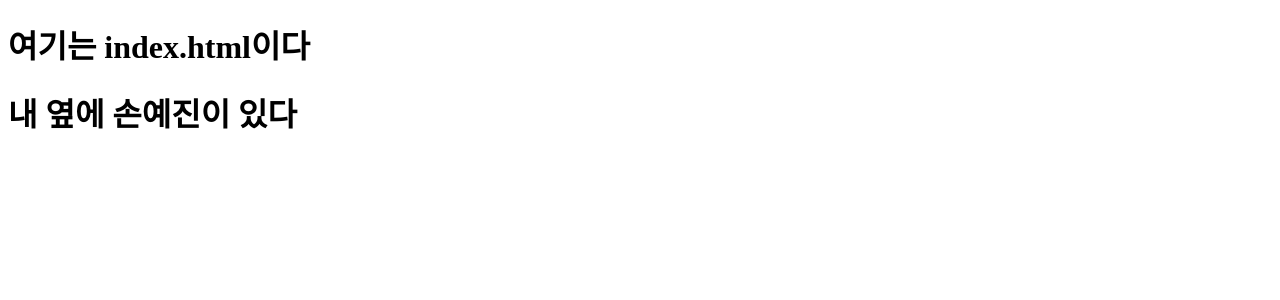
Repository: Yuram-Park/acorn_study
Page: ServletTest3/src/main/webapp/index.html
These files come from the project's save history. The page is drawn as it stood at one moment and after the next save; the edit follows.
The browser window is 1280 px wide. The pictures show the whole page.

Above is the page before, as saved 2023-09-14 03:09:04.

After the next save:
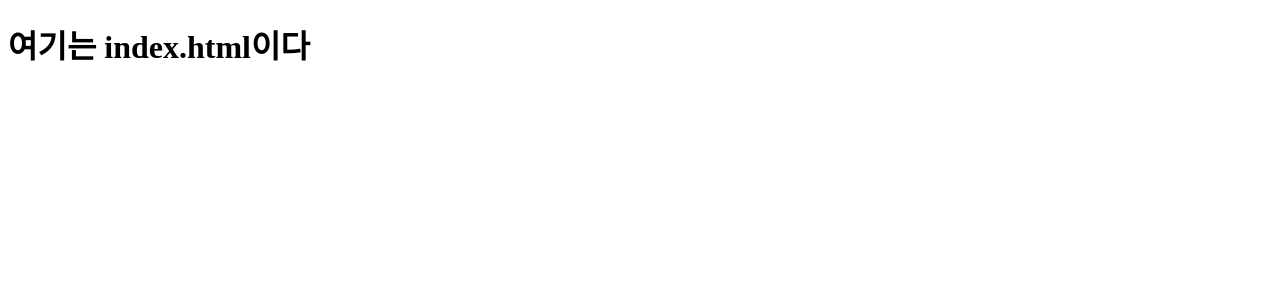
Saved 6 s later.
--- a/ServletTest3/src/main/webapp/index.html
+++ b/ServletTest3/src/main/webapp/index.html
@@ -6,6 +6,6 @@
 </head>
 <body>
 	<h1>여기는 index.html이다</h1>
-	<h1>내 옆에 손예진이 있다</h1>
+
 </body>
 </html>
